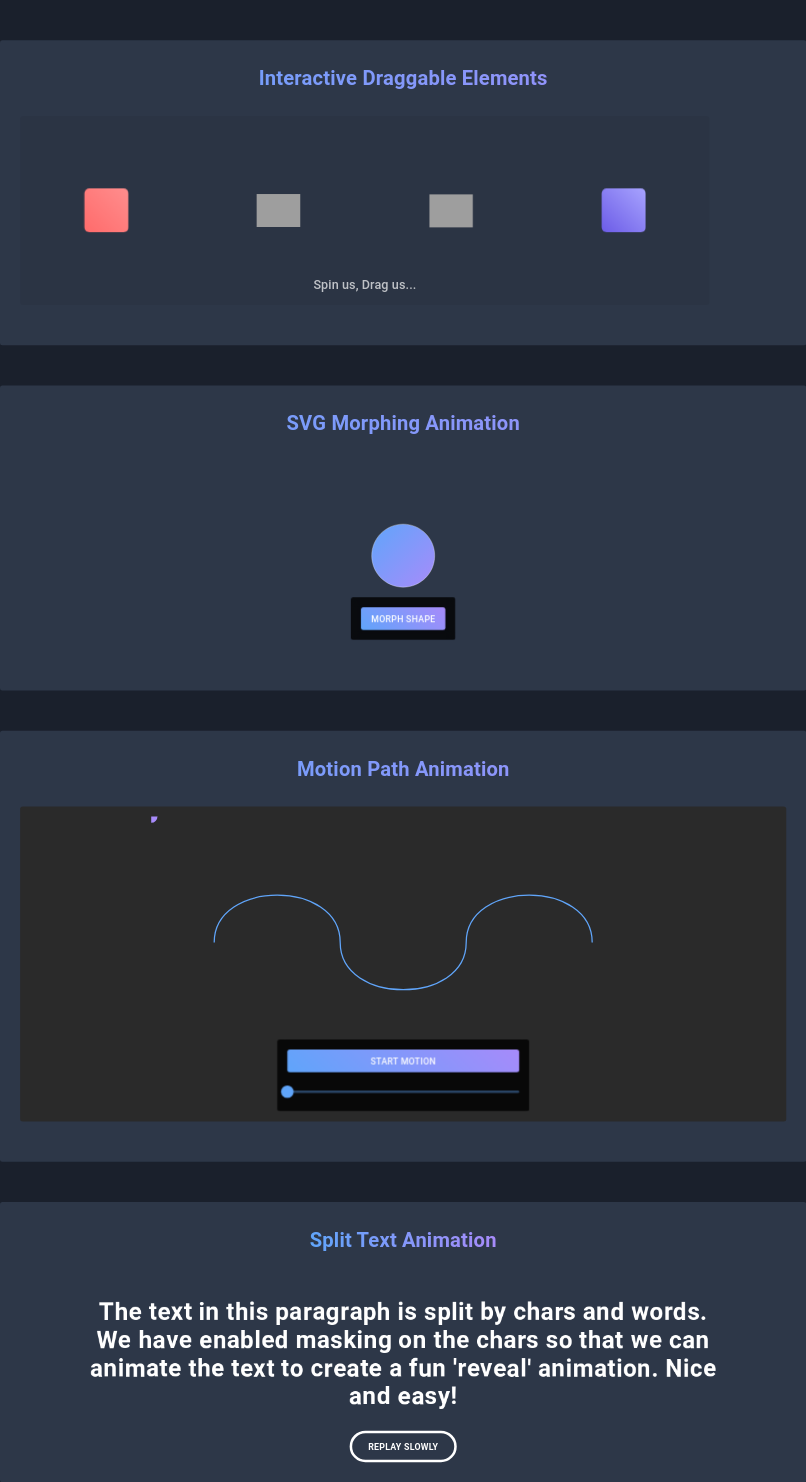
Repository: KovacsViktor/payloadcms-gsap-poc
Page: /gsap/demo
These files come from the project's save history. The page is drawn as it stood at one moment and after a run of saves; the edit follows.
The browser window is 1280 px wide. The pictures show the whole page, at 63% of full size.
Pictures or frames that could not be fetched are drawn as grey boxes. The project was rebuilt for these pictures with package versions that can differ from the ones it lists, and the page was loaded fresh each time. The framework's server and built-in components were replaced by stand-ins that run in the browser. Also part of the build but not shown: next.config.mjs, src/app/(frontend)/styles.css.

Above is the page before, as saved 2025-05-19 20:46:05.

### src/app/(frontend)/layout.tsx
import React from 'react'
import './styles.css'
import ThemeRegistry from '@/theme/ThemeRegistry'

export const metadata = {
  description: 'A blank template using Payload in a Next.js app.',
  title: 'Payload Blank Template',
}

export default async function RootLayout(props: { children: React.ReactNode }) {
  const { children } = props

  return (
    <html lang="en">
      <body>
        <ThemeRegistry>
          <main>{children}</main>
        </ThemeRegistry>
      </body>
    </html>
  )
}

### src/app/(frontend)/gsap/demo/page.tsx
import GSAPDraggable from "./GSAPDraggable";
import GSAPMorphSVG from "./GSAPMorphSVG";
import GSAPMotionPath from "./GSAPMotionPath";
import GSAPSplitText from "./GSAPSplitText";

export default function GSAPDemoPage() {

    return (
        <>
            <GSAPDraggable />
            <GSAPMorphSVG />
            <GSAPMotionPath />
            <GSAPSplitText />
        </>
    )
}

### src/theme/ThemeRegistry.tsx
'use client';

import { ThemeProvider, createTheme } from '@mui/material/styles';
import CssBaseline from '@mui/material/CssBaseline';
import { useEffect, useState } from 'react';

const theme = createTheme({
  palette: {
    mode: 'dark',
    primary: {
      main: '#60a5fa',
    },
    secondary: {
      main: '#a78bfa',
    },
    background: {
      default: '#1a202c',
      paper: '#2d3748',
    },
  },
  typography: {
    h1: {
      fontSize: '3rem',
      fontWeight: 'bold',
      background: 'linear-gradient(to right, #60a5fa, #a78bfa)',
      WebkitBackgroundClip: 'text',
      backgroundClip: 'text',
      color: 'transparent',
    },
    body1: {
      fontSize: '1.125rem',
      lineHeight: 1.75,
      color: '#e2e8f0',
    },
  },
  components: {
    MuiCssBaseline: {
      styleOverrides: {
        body: {
          scrollbarColor: "#6b6b6b #2b2b2b",
          "&::-webkit-scrollbar, & *::-webkit-scrollbar": {
            backgroundColor: "#2b2b2b",
          },
          "&::-webkit-scrollbar-thumb, & *::-webkit-scrollbar-thumb": {
            borderRadius: 8,
            backgroundColor: "#6b6b6b",
            minHeight: 24,
            border: "3px solid #2b2b2b",
          },
          "&::-webkit-scrollbar-thumb:focus, & *::-webkit-scrollbar-thumb:focus": {
            backgroundColor: "#959595",
          },
        },
      },
    },
  },
});

export default function ThemeRegistry({ children }: { children: React.ReactNode }) {
  const [mounted, setMounted] = useState(false);

  useEffect(() => {
    setMounted(true);
  }, []);

  if (!mounted) {
    return <>{children}</>;
  }

  return (
    <ThemeProvider theme={theme}>
      <CssBaseline />
      {children}
    </ThemeProvider>
  );
}

### src/app/(frontend)/gsap/demo/GSAPDraggable.tsx
'use client';

import { useRef } from 'react';
import gsap from 'gsap';
import { Draggable } from 'gsap/Draggable';
import { InertiaPlugin } from 'gsap/InertiaPlugin';
import { useGSAP } from "@gsap/react";
import { styled } from '@mui/material/styles';
import {
  Typography,
  Box,
  TypographyProps,
} from '@mui/material';

gsap.registerPlugin(useGSAP, Draggable, InertiaPlugin);

const PlaygroundBox = styled(Box)(({ theme }) => ({
  marginTop: theme.spacing(8),
  padding: theme.spacing(4),
  background: theme.palette.background.paper,
  borderRadius: theme.shape.borderRadius,
  position: 'relative',
  overflow: 'hidden',
  minHeight: '400px',
}));

const StyledTitle = styled(Typography)<TypographyProps>(({ theme }) => ({
  fontSize: '2rem',
  fontWeight: 'bold',
  textAlign: 'center',
  marginBottom: theme.spacing(4),
  background: 'linear-gradient(to right, #60a5fa, #a78bfa)',
  WebkitBackgroundClip: 'text',
  backgroundClip: 'text',
  color: 'transparent',
}));

const Container = styled(Box)(({ theme }) => ({
  position: 'relative',
  width: '90%',
  height: '300px',
  display: 'flex',
  alignItems: 'center',
  justifyContent: 'space-around',
  borderRadius: theme.shape.borderRadius,
  background: 'rgba(0, 0, 0, 0.05)',
  marginBottom: theme.spacing(4),
}));

const Wrapper = styled(Box)({
  display: 'flex',
  alignItems: 'center',
  justifyContent: 'center',
});

const Flair = styled(Box)({
  cursor: 'pointer',
  width: '70px',
  height: '70px',
  maxHeight: '15vh',
  maxWidth: '15vh',
  backgroundSize: 'contain',
  backgroundRepeat: 'no-repeat',
  backgroundPosition: 'center',
  transition: 'box-shadow 0.3s ease, transform 0.3s ease',
  '&.dragging': {
    boxShadow: '0 10px 20px rgba(0,0,0,0.2)',
    transform: 'scale(1.1)',
    zIndex: 1,
  }
});

const Flair1 = styled(Flair)({
  background: 'linear-gradient(45deg, #FF6B6B, #FF8E8E)',
  borderRadius: '8px',
});

const Flair3b = styled(Flair)({
  backgroundImage: 'url(https://assets.codepen.io/16327/ui-flair-2.png)',
});

const Flair4b = styled(Flair)({
  backgroundImage: 'url(https://assets.codepen.io/16327/ui-flair-4.png)',
});

const FlairThrow = styled(Flair)({
  background: 'linear-gradient(45deg, #6C5CE7, #A8A4FF)',
  borderRadius: '8px',
});

const Subtitle = styled(Typography)(({ theme }) => ({
  position: 'absolute',
  width: '100%',
  left: 0,
  right: 0,
  bottom: theme.spacing(2),
  textAlign: 'center',
  pointerEvents: 'none',
  color: theme.palette.text.secondary,
}));

export default function GSAPDraggable() {
  const containerRef = useRef<HTMLDivElement>(null);
  const flair1Ref = useRef<HTMLDivElement>(null);
  const flair3bRef = useRef<HTMLDivElement>(null);
  const flair4bRef = useRef<HTMLDivElement>(null);
  const flairThrowRef = useRef<HTMLDivElement>(null);

  const { contextSafe } = useGSAP({ scope: containerRef });

  const initDraggables = contextSafe(() => {
    if (!containerRef.current || !flair1Ref.current || !flair3bRef.current ||
        !flair4bRef.current || !flairThrowRef.current) return;

    const commonConfig = {
      onDragStart: function(this: Draggable) {
        gsap.to(this.target, {
          scale: 1.1,
          boxShadow: '0 10px 20px rgba(0,0,0,0.2)',
          duration: 0.3,
          ease: "power2.out"
        });
      },
      onDragEnd: function(this: Draggable) {
        gsap.to(this.target, {
          scale: 1,
          boxShadow: 'none',
          duration: 0.3,
          ease: "power2.out"
        });
      }
    };

    Draggable.create(flair1Ref.current, {
      type: "x",
      bounds: containerRef.current,
      ...commonConfig
    });

    Draggable.create(flair3bRef.current, {
      type: "rotation",
      inertia: true,
      ...commonConfig
    });

    Draggable.create(flair4bRef.current, {
      bounds: containerRef.current,
      inertia: true,
      ...commonConfig
    });

    // Throwing functionality
    Draggable.create(flairThrowRef.current, {
      type: "x,y",
      bounds: containerRef.current,
      inertia: true,
      throwProps: true,
      ...commonConfig,
      onDragEnd: function(this: Draggable) {
        // Add a slight rotation based on throw velocity
        const velocity = gsap.getProperty(this.target, "velocity");
        const rotation = (velocity as number) * 0.1;
        gsap.to(this.target, {
          rotation: `+=${rotation}`,
          scale: 1,
          boxShadow: 'none',
          duration: 0.5,
          ease: "power2.out"
        });
      }
    });
  });

  useGSAP(() => {
    initDraggables();
  }, []);

  return (
    <PlaygroundBox>
      <StyledTitle component="h2">
        Interactive Draggable Elements
      </StyledTitle>

      <Container ref={containerRef}>
        <Wrapper>
          <Flair1 ref={flair1Ref} />
        </Wrapper>
        <Wrapper>
          <Flair3b ref={flair3bRef} />
        </Wrapper>
        <Wrapper>
          <Flair4b ref={flair4bRef} />
        </Wrapper>
        <Wrapper>
          <FlairThrow ref={flairThrowRef} />
        </Wrapper>
        <Subtitle variant="h6">
          Spin us, Drag us...
        </Subtitle>
      </Container>
    </PlaygroundBox>
  );
}

### src/app/(frontend)/gsap/demo/GSAPMorphSVG.tsx
'use client';

import { useRef, useState } from 'react';
import gsap from 'gsap';
import { MorphSVGPlugin } from "gsap/MorphSVGPlugin";
import { useGSAP } from "@gsap/react";
import { styled } from '@mui/material/styles';
import {
  Typography,
  Box,
  TypographyProps,
  Button,
  Stack,
  Grid,
} from '@mui/material';

gsap.registerPlugin(useGSAP, MorphSVGPlugin);

const PlaygroundBox = styled(Box)(({ theme }) => ({
  marginTop: theme.spacing(8),
  padding: theme.spacing(4),
  background: theme.palette.background.paper,
  borderRadius: theme.shape.borderRadius,
  position: 'relative',
  overflow: 'hidden',
  minHeight: '400px',
}));

const StyledTitle = styled(Typography)<TypographyProps>(({ theme }) => ({
  fontSize: '2rem',
  fontWeight: 'bold',
  textAlign: 'center',
  marginBottom: theme.spacing(4),
  background: 'linear-gradient(to right, #60a5fa, #a78bfa)',
  WebkitBackgroundClip: 'text',
  backgroundClip: 'text',
  color: 'transparent',
}));

const SVGContainer = styled(Box)(({ theme }) => ({
  width: '100%',
  height: '300px',
  display: 'flex',
  alignItems: 'center',
  justifyContent: 'center',
  position: 'relative',
  marginBottom: theme.spacing(4),
}));

const ControlPanel = styled(Stack)(({ theme }) => ({
  position: 'absolute',
  bottom: theme.spacing(2),
  left: '50%',
  transform: 'translateX(-50%)',
  zIndex: 1,
  background: 'rgba(0, 0, 0, 0.8)',
  padding: theme.spacing(2),
  borderRadius: theme.shape.borderRadius,
  backdropFilter: 'blur(8px)',
}));

const MorphButton = styled(Button)(({ theme }) => ({
  minWidth: '120px',
  background: 'linear-gradient(45deg, #60a5fa, #a78bfa)',
  color: 'white',
  '&:hover': {
    background: 'linear-gradient(45deg, #3b82f6, #8b5cf6)',
  },
}));

const SVGWrapper = styled(Box)(({ theme }) => ({
  width: '100%',
  height: '300px',
  display: 'flex',
  alignItems: 'center',
  justifyContent: 'center',
  position: 'relative',
  marginBottom: theme.spacing(4),
  background: '#2a2a2a',
  borderRadius: theme.shape.borderRadius,
  padding: theme.spacing(2),
}));

const ComplexSVG = styled('svg')({
  width: '100%',
  maxHeight: '250px',
  '& path': {
    fill: '#0ae448',
  },
  '& #hippo': {
    visibility: 'hidden',
    fill: '#0ae448',
  },
  '& #background': {
    fill: '#2a2a2a',
    stroke: '#3a3a3a',
  }
});

export default function GSAPMorphSVG() {
  const svgRef = useRef<SVGSVGElement>(null);
  const pathRef = useRef<SVGPathElement>(null);
  const [currentShape, setCurrentShape] = useState(0);

  const shapes = [
    "M600 200c0 110.457-89.543 200-200 200S200 310.457 200 200 289.543 0 400 0s200 89.543 200 200z",
    "M400 50 L600 350 L200 350 Z",
    "M200 50 L600 50 L600 350 L200 350 Z",
    "M400 50 L600 200 L400 350 L200 200 Z",
    "M149 245c2.7-36.7 16.11-69.08 40.1-97.06 27.04-31.6 60.92-47.39 101.63-47.39 15.48 0 38.48 2.45 69.02 7.29 30.54 4.89 53.53 7.28 69.03 7.28 23.69 0 57.87 8.85 102.53 26.48 7.91 3.01 17.47 11.24 28.7 24.59 6.38 7.89 16.26 19.77 29.62 35.57 3.04 2.14 7 5.32 11.86 9.6 4.86 4.22 8.19 6.06 10 5.46.62-1.84 2.15-4.4 4.58-7.74 1.21-1.23 1.96-1.83 2.26-1.83.93.61 1.83 1.21 2.75 1.83.91.62 1.21 2.42.91 5.46-.62 5.47-.91 7.14-.91 5-.33 3.06-.76 5.01-1.37 5.95-3.95 6.67-5.48 11.85-4.55 15.47.92 3.32 3.77 8.67 8.64 15.96 4.87 7.29 7.59 12.76 8.19 16.4-.3 2.73-.43 7.12-.43 13.21l-4.57 11.38c0 8.51 9.86 23.11 29.62 43.78 9.44 4.22 14.12 18.83 14.12 43.71 0 19.47-16.09 29.17-48.27 29.17-4.26 0-8.81-.13-13.68-.47-3.34-1.2-8.2-2.56-14.58-4.07-7.59-.93-12.76-3.49-15.48-7.77-4.88-6.95-12.78-13.51-23.71-19.58-1.82-.88-4.48-4.22-7.98-10.02-3.5-5.77-6.61-9.42-9.33-10.95-2.72-1.49-6.68-1.81-11.86-.88-8.81 1.49-13.68 2.26-14.57 2.26-2.14 0-5.25-.6-9.34-1.83-4.11-1.21-7.05-1.83-8.89-1.83-2.11 9.73-2.59 19.15-1.36 28.25.3 2.45 1.83 4.43 4.56 5.92 4.27 3.05 6.53 4.71 6.85 5.05 2.72 2.11 5.61 5.61 8.64 10.45.62 1.85-.52 4.95-3.42 9.34-2.89 4.41-5.22 7.01-7.06 7.74-1.81.79-5.77 1.18-11.85 1.18-8.82 0-29.45-2.45-30.98-2.73-7.59-1.53-14.13-3.94-19.58-7.3-2.76-1.81-5.91-10.33-9.56-25.52-3.68-16.41-6.72-26.27-9.14-29.64-.6-.9-1.36-1.33-2.26-1.33-1.53 0-4.05 1.49-7.53 4.56-3.49 2.99-5.86 4.65-7.05 5.01-4.24 17.9-6.4 26.4-6.4 25.47 0 7.01 1.97 12.89 5.92 17.77 3.94 4.86 8.06 9.57 12.32 14.11 5.16 5.77 7.74 10.78 7.74 15.04 0 2.41-.75 4.52-2.28 6.37-6.38 7.89-17.02 11.85-31.9 11.85-16.71 0-27.64-2.28-32.79-6.84-6.7-5.77-10.95-11.86-12.76-18.2-.3-1.53-1.05-6.09-2.28-13.68-.61-4.58-1.98-7.29-4.08-8.18-6.1-.92-13.69-2.58-22.78-5.01-1.84-1.21-3.81-4.26-5.94-9.12-3.93-9.4-6.83-15.79-8.66-19.13-9.13-4.56-23.7-9.7-43.76-15.45-.92 1.83-1.35 4.37-1.35 7.72 3.34 4.26 8.34 10.8 15.03 19.58 5.47 7.29 8.2 14.3 8.2 20.96 0 12.78-8.2 19.13-24.61 19.13-12.45 0-20.96-.88-25.52-2.71-6.67-2.73-12.29-9.14-16.85-19.13-7.6-16.74-11.85-26.16-12.76-28.27-4.87-11.23-8.2-21.13-10.01-29.65-1.23-6.05-3.06-15.35-5.49-27.8-2.12-10.3-5.46-18.36-10.01-24.13C155.33 279.36 147.5 260.6 149 245z"
  ];

  const { contextSafe } = useGSAP({ scope: svgRef });

  const morphToNextShape = contextSafe(() => {
    const nextShape = (currentShape + 1) % shapes.length;
    gsap.to(pathRef.current, {
      duration: 1.5,
      morphSVG: shapes[nextShape],
      ease: "power2.inOut",
      onComplete: () => setCurrentShape(nextShape)
    });
  });

  return (
    <PlaygroundBox>
      <StyledTitle component="h2">
        SVG Morphing Animation
      </StyledTitle>

      <SVGContainer>
        <svg
          ref={svgRef}
          width="200"
          height="200"
          viewBox="0 0 800 400"
        >
          <path
            ref={pathRef}
            d={shapes[0]}
            fill="url(#gradient)"
            stroke="#fff"
            strokeWidth="2"
          />
          <defs>
            <linearGradient id="gradient" x1="0%" y1="0%" x2="100%" y2="100%">
              <stop offset="0%" stopColor="#60a5fa" />
              <stop offset="100%" stopColor="#a78bfa" />
            </linearGradient>
          </defs>
        </svg>

        <ControlPanel direction="row" spacing={2}>
          <MorphButton
            onClick={morphToNextShape}
            variant="contained"
          >
            Morph Shape
          </MorphButton>
        </ControlPanel>
      </SVGContainer>
    </PlaygroundBox>
  );
}

### src/app/(frontend)/gsap/demo/GSAPMotionPath.tsx
'use client';

import { useRef, useState } from 'react';
import gsap from 'gsap';
import { MotionPathPlugin } from "gsap/MotionPathPlugin";
import { useGSAP } from "@gsap/react";
import { styled } from '@mui/material/styles';
import {
  Typography,
  Box,
  TypographyProps,
  Button,
  Stack,
  Slider,
} from '@mui/material';

gsap.registerPlugin(useGSAP, MotionPathPlugin);

const PlaygroundBox = styled(Box)(({ theme }) => ({
  marginTop: theme.spacing(8),
  padding: theme.spacing(4),
  background: theme.palette.background.paper,
  borderRadius: theme.shape.borderRadius,
  position: 'relative',
  overflow: 'hidden',
  minHeight: '400px',
}));

const StyledTitle = styled(Typography)<TypographyProps>(({ theme }) => ({
  fontSize: '2rem',
  fontWeight: 'bold',
  textAlign: 'center',
  marginBottom: theme.spacing(4),
  background: 'linear-gradient(to right, #60a5fa, #a78bfa)',
  WebkitBackgroundClip: 'text',
  backgroundClip: 'text',
  color: 'transparent',
}));

const SVGContainer = styled(Box)(({ theme }) => ({
  width: '100%',
  height: '500px',
  display: 'flex',
  alignItems: 'center',
  justifyContent: 'center',
  position: 'relative',
  marginBottom: theme.spacing(4),
  background: '#2a2a2a',
  borderRadius: theme.shape.borderRadius,
  padding: theme.spacing(2),
}));

const ControlPanel = styled(Stack)(({ theme }) => ({
  position: 'absolute',
  bottom: theme.spacing(2),
  left: '50%',
  transform: 'translateX(-50%)',
  zIndex: 1,
  background: 'rgba(0, 0, 0, 0.8)',
  padding: theme.spacing(2),
  borderRadius: theme.shape.borderRadius,
  backdropFilter: 'blur(8px)',
  width: '80%',
  maxWidth: '400px',
}));

const MotionButton = styled(Button)(({ theme }) => ({
  minWidth: '120px',
  background: 'linear-gradient(45deg, #60a5fa, #a78bfa)',
  color: 'white',
  '&:hover': {
    background: 'linear-gradient(45deg, #3b82f6, #8b5cf6)',
  },
}));

const SVGWrapper = styled('svg')({
  width: '100%',
  height: '100%',
  maxWidth: '800px',
  margin: '0 auto',
  display: 'block',
  '& path': {
    fill: 'none',
    stroke: '#60a5fa',
    strokeWidth: 2,
  },
  '& circle': {
    fill: '#a78bfa',
  },
});

export default function GSAPMotionPath() {
  const svgRef = useRef<SVGSVGElement>(null);
  const objectRef = useRef<SVGCircleElement>(null);
  const pathRef = useRef<SVGPathElement>(null);
  const [isPlaying, setIsPlaying] = useState(false);
  const [progress, setProgress] = useState(0);
  const animationRef = useRef<gsap.core.Tween | null>(null);

  const { contextSafe } = useGSAP({ scope: svgRef });

  // Initialize the circle's position and create the animation
  useGSAP(() => {
    if (pathRef.current && objectRef.current) {
      animationRef.current = gsap.to(objectRef.current, {
        duration: 5,
        motionPath: {
          path: pathRef.current,
          align: pathRef.current,
          autoRotate: true,
          alignOrigin: [0.5, 0.5],
        },
        ease: "none",
        paused: true,
        onUpdate: () => {
          setProgress(gsap.getProperty(objectRef.current, "motionPath") as number * 100);
        }
      });
    }
  }, []);

  const animateAlongPath = contextSafe(() => {
    if (!isPlaying && animationRef.current) {
      animationRef.current.play();
      setIsPlaying(true);
    } else if (animationRef.current) {
      animationRef.current.pause();
      setIsPlaying(false);
    }
  });

  const handleSliderChange = contextSafe((event: Event, newValue: number | number[]) => {
    if (animationRef.current && typeof newValue === 'number') {
      animationRef.current.pause();
      setIsPlaying(false);
      animationRef.current.progress(newValue / 100);
      setProgress(newValue);
    }
  });

  return (
    <PlaygroundBox>
      <StyledTitle component="h2">
        Motion Path Animation
      </StyledTitle>

      <SVGContainer>
        <SVGWrapper ref={svgRef}>
          <path
            ref={pathRef}
            d="M100,200 C100,100 300,100 300,200 C300,300 500,300 500,200 C500,100 700,100 700,200"
          />
          <circle ref={objectRef} r="10" />
        </SVGWrapper>

        <ControlPanel direction="column" spacing={2}>
          <MotionButton
            onClick={animateAlongPath}
            variant="contained"
          >
            {isPlaying ? "Stop" : "Start"} Motion
          </MotionButton>
          <Slider
            value={progress}
            onChange={handleSliderChange}
            aria-label="Motion Progress"
            valueLabelDisplay="auto"
            valueLabelFormat={(value) => `${Math.round(value)}%`}
          />
        </ControlPanel>
      </SVGContainer>
    </PlaygroundBox>
  );
}

### src/app/(frontend)/gsap/demo/GSAPSplitText.tsx
'use client';

import { useRef, useState, useEffect } from 'react';
import gsap from 'gsap';
import { SplitText } from "gsap/SplitText";
import { useGSAP } from "@gsap/react";
import { styled } from '@mui/material/styles';
import {
  Typography,
  Box,
  TypographyProps,
  Button,
} from '@mui/material';

gsap.registerPlugin(useGSAP, SplitText);

const PlaygroundBox = styled(Box)(({ theme }) => ({
  marginTop: theme.spacing(8),
  padding: theme.spacing(4),
  background: theme.palette.background.paper,
  borderRadius: theme.shape.borderRadius,
  position: 'relative',
  overflow: 'hidden',
  minHeight: '400px',
  display: 'flex',
  flexDirection: 'column',
  alignItems: 'center',
  justifyContent: 'center',
  gap: theme.spacing(4),
}));

const StyledTitle = styled(Typography)<TypographyProps>(({ theme }) => ({
  fontSize: '2rem',
  fontWeight: 'bold',
  textAlign: 'center',
  marginBottom: theme.spacing(4),
  background: 'linear-gradient(to right, #60a5fa, #a78bfa)',
  WebkitBackgroundClip: 'text',
  backgroundClip: 'text',
  color: 'transparent',
}));

const Container = styled(Box)(({ theme }) => ({
  maxWidth: '80vw',
  textAlign: 'center',
}));

const SplitTextWrapper = styled(Typography)(({ theme }) => ({
  opacity: 0,
  textAlign: 'center',
  color: theme.palette.text.primary,
  fontSize: 'clamp(2rem, 6rem, 3vw)',
  letterSpacing: '0.05rem',
  willChange: 'transform',
  '& *': {
    willChange: 'transform',
  },
}));

const ReplayButton = styled(Button)(({ theme }) => ({
  display: 'inline-block',
  outline: 'none',
  padding: '12px 25px',
  background: 'transparent',
  border: `solid 4px ${theme.palette.text.primary}`,
  color: theme.palette.text.primary,
  textDecoration: 'none',
  borderRadius: '99px',
  textTransform: 'uppercase',
  fontWeight: 600,
  cursor: 'pointer',
  lineHeight: '18px',
  '&:hover': {
    background: 'rgba(0, 0, 0, 0.05)',
  },
}));

export default function GSAPSplitTextDemo() {
  const containerRef = useRef<HTMLDivElement>(null);
  const textRef = useRef<HTMLParagraphElement>(null);
  const [splitInstance, setSplitInstance] = useState<SplitText | null>(null);
  const [tween, setTween] = useState<gsap.core.Tween | null>(null);

  const { contextSafe } = useGSAP({ scope: containerRef });

  // Initialize the split text and animation
  useGSAP(() => {
    if (textRef.current) {
      // Set initial opacity
      gsap.set(textRef.current, { opacity: 1 });

      // Create split text instance
      const split = SplitText.create(textRef.current, {
        type: "chars, words",
        mask: "chars"
      });
      setSplitInstance(split);

      // Create the animation
      const newTween = gsap.from(split.chars, {
        duration: 0.6,
        yPercent: "random([-150, 150])",
        xPercent: "random([-150, 150])",
        stagger: {
          from: "random",
          amount: 0.6,
        },
        ease: "power3.out"
      });
      setTween(newTween);
    }
  }, []);

  const handleReplay = contextSafe(() => {
    if (tween) {
      tween.timeScale(0.5).play(0);
    }
  });

  return (
    <PlaygroundBox ref={containerRef}>
      <StyledTitle component="h2">
        Split Text Animation
      </StyledTitle>

      <Container>
        <SplitTextWrapper ref={textRef} variant="h1">
          The text in this paragraph is split by chars and words. We have enabled masking on the chars so that we can animate the text to create a fun 'reveal' animation. Nice and easy!
        </SplitTextWrapper>
      </Container>

      <ReplayButton
        onClick={handleReplay}
        variant="outlined"
      >
        Replay Slowly
      </ReplayButton>
    </PlaygroundBox>
  );
}

After the next 5 saves:
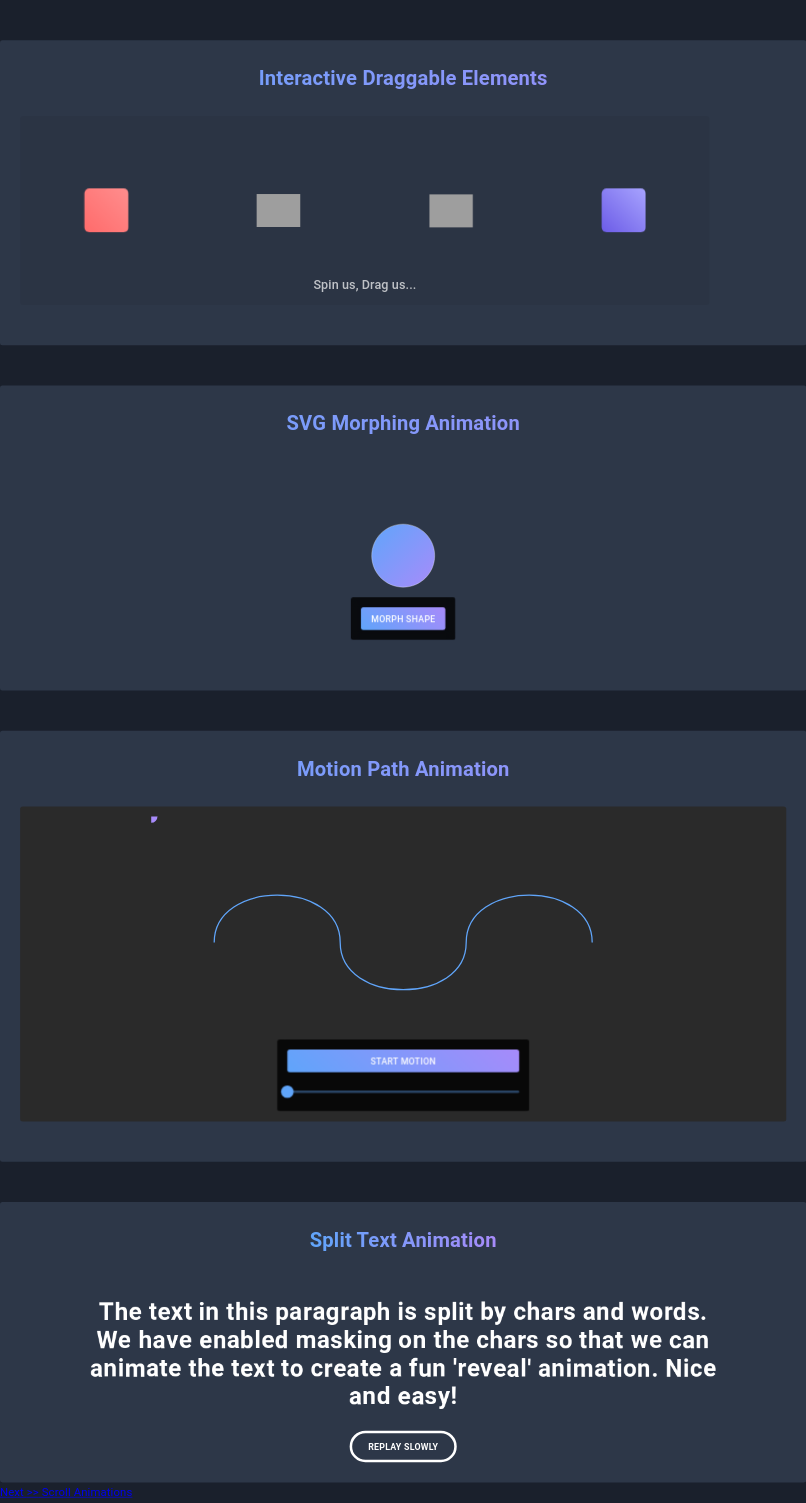
The 5 saves are shown as one change because 2 did not build or start and some came seconds apart.
The last was saved 116 s later.
--- a/src/app/(frontend)/gsap/demo/page.tsx
+++ b/src/app/(frontend)/gsap/demo/page.tsx
@@ -2,6 +2,9 @@
 import GSAPMorphSVG from "./GSAPMorphSVG";
 import GSAPMotionPath from "./GSAPMotionPath";
 import GSAPSplitText from "./GSAPSplitText";
+import NextLink from 'next/link';
+import { Button } from '@mui/material';
+
 
 export default function GSAPDemoPage() {
 
@@ -11,6 +14,9 @@
             <GSAPMorphSVG />
             <GSAPMotionPath />
             <GSAPSplitText />
+            <NextLink href="/gsap/scroll">
+              Next {'>>'} Scroll Animations
+          </NextLink>
         </>
     )
 }
